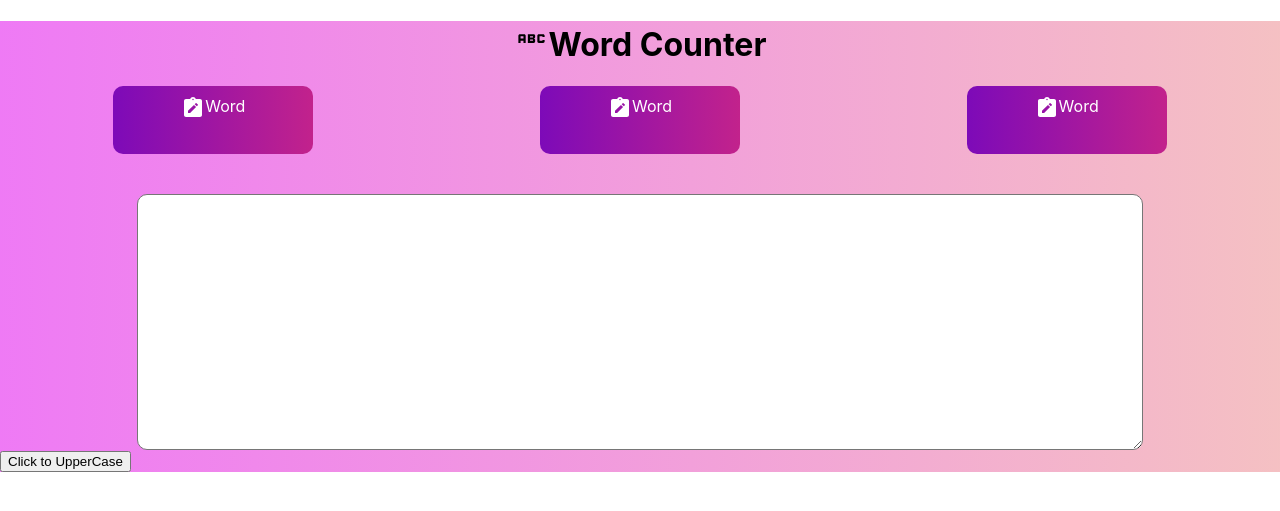
Repository: 123cuongcao/nopbai-basic
Page: /
These files come from the project's save history. The page is drawn as it stood at one moment and after the next save; the edit follows.
The browser window is 1280 px wide. The pictures show the whole page.
The project was rebuilt for these pictures with package versions that can differ from the ones it lists, and the page was loaded fresh each time.

Above is the page before, as saved 2023-08-15 11:44:21.

After the next save:
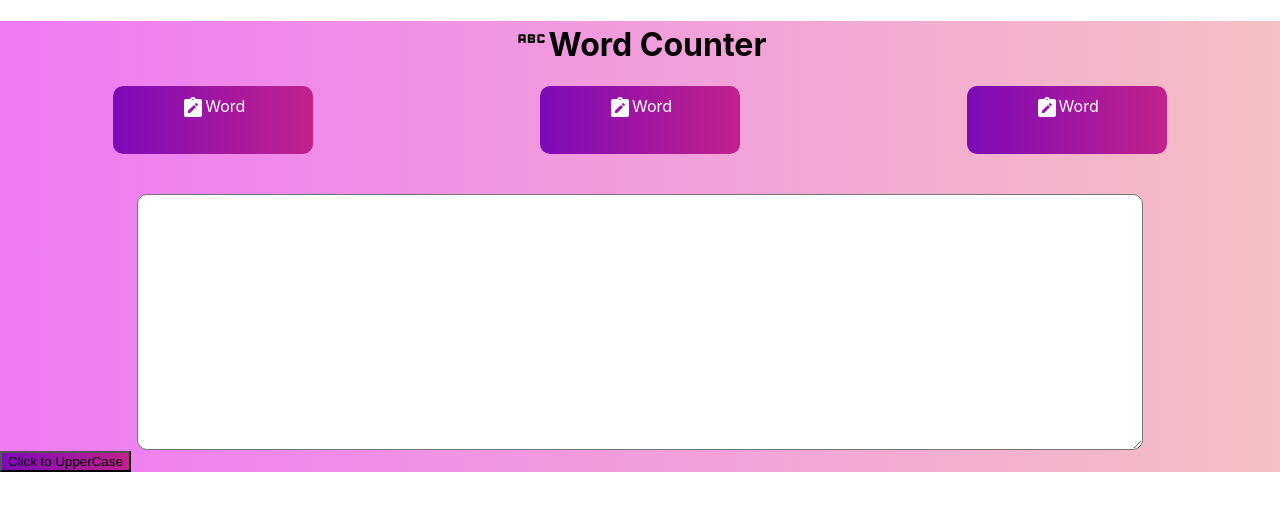
Saved 4 s later.
--- a/src/components/index.jsx
+++ b/src/components/index.jsx
@@ -24,7 +24,7 @@ export default function Index() {
       </div>
 
       <div>
-            <button  >Click to UpperCase</button>
+            <button style={{background:'linear-gradient(to right,#7D0AB8,#C2228C'}} >Click to UpperCase</button>
       </div>
     </div>
   );
